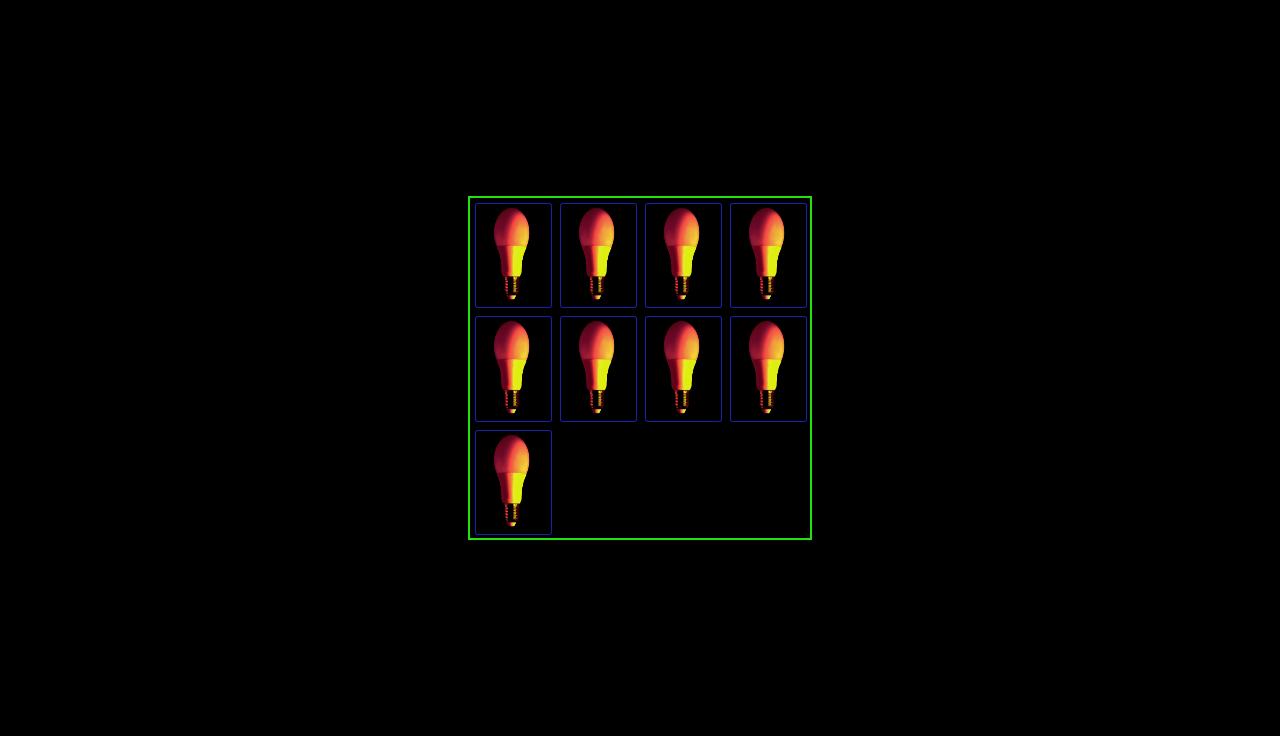
Repository: suzanaferreira/memory-game-project
Page: index.html
The author's editor kept a record of every edit. The page is drawn from the files as they stood at one moment, then again after the next edit.
The browser window is 1280 px wide. The pictures show the whole page.

Above is the page before.
Console error: SyntaxError: Unexpected end of input

After the next edit:
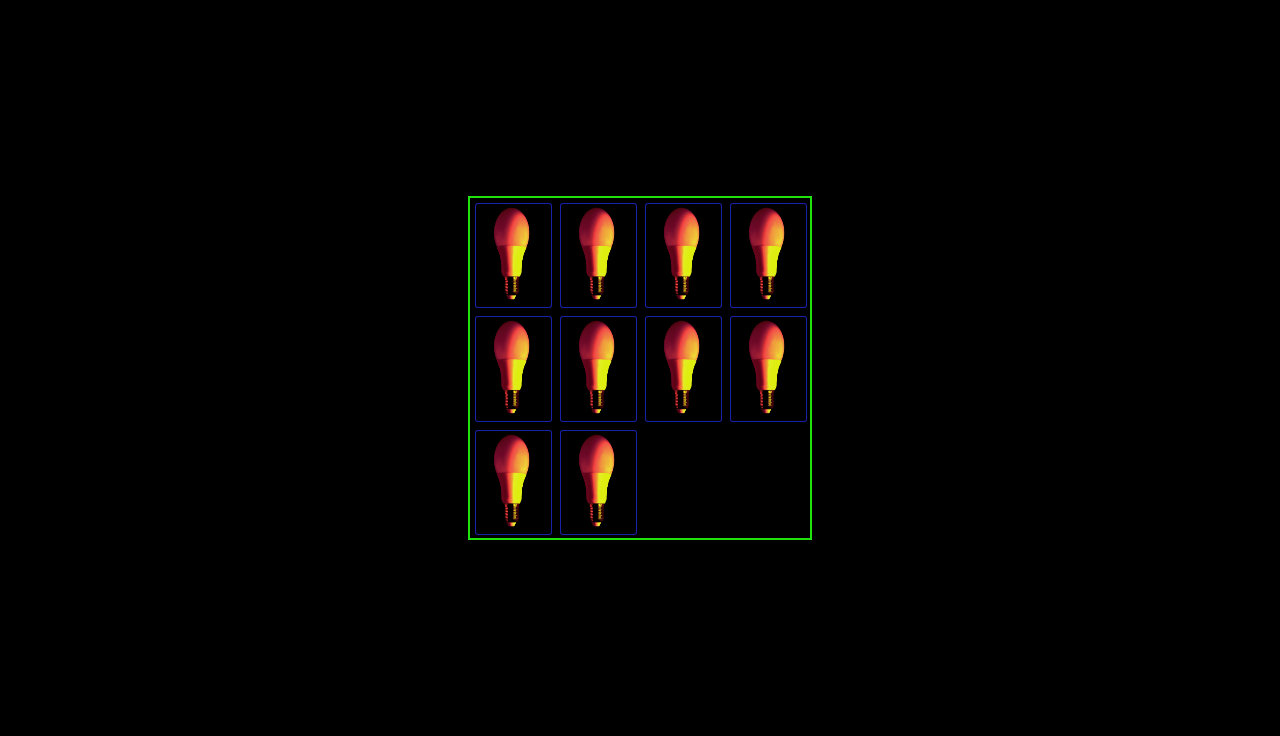
The edit:
--- a/index.html
+++ b/index.html
@@ -43,6 +43,11 @@
             <img class="cover-side" src="img/lamp.jpg" alt="lamp" />
         </div>
         <div class="cards">
+            <img class="revelead-pic" src="img/pic4.jpg" alt="thunder" />
+            <img class="cover-side" src="img/lamp.jpg" alt="lamp" />
+        </div>
+
+        <div class="cards">
             <img class="revelead-pic" src="img/pic5.jpg" alt="circle" />
             <img class="cover-side" src="img/lamp.jpg" alt="lamp" />
         </div>
